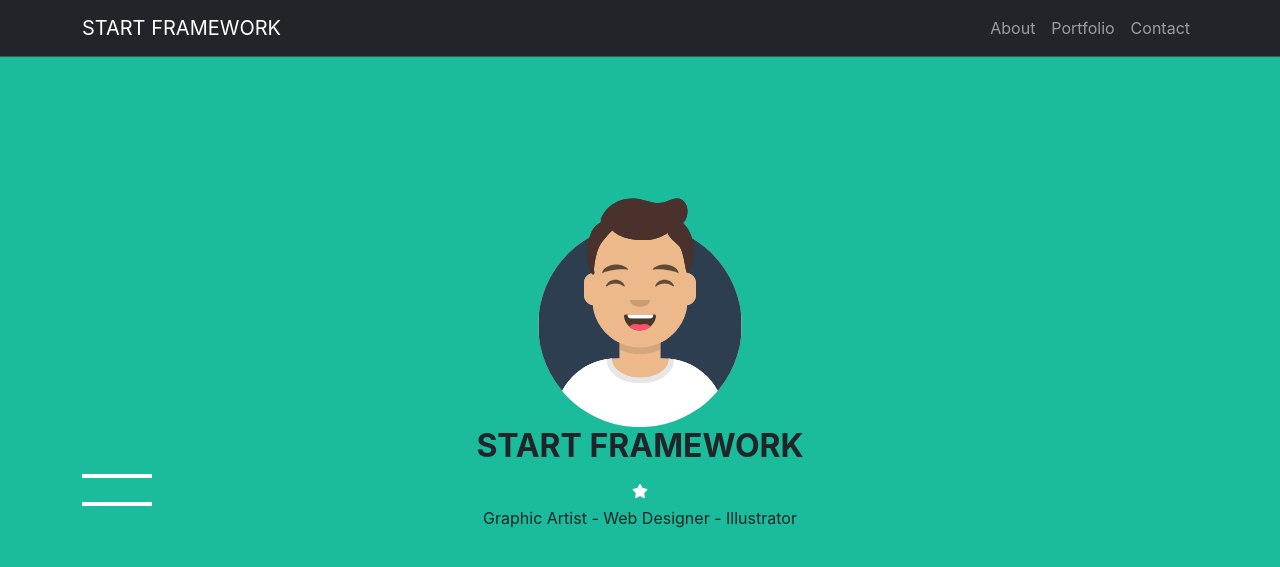
Repository: YomnaWegdan/startFramework
Page: /
These files come from the project's save history. The page is drawn as it stood at one moment and after the next save; the edit follows.
The browser window is 1280 px wide. The pictures show the whole page.
The project was rebuilt for these pictures with package versions that can differ from the ones it lists, and the page was loaded fresh each time. Also part of the build but not shown: src/Components/About.jsx, src/Components/Contact.jsx, src/Components/Error.jsx.

Above is the page before, as saved 2024-02-04 22:05:26.

After the next save:
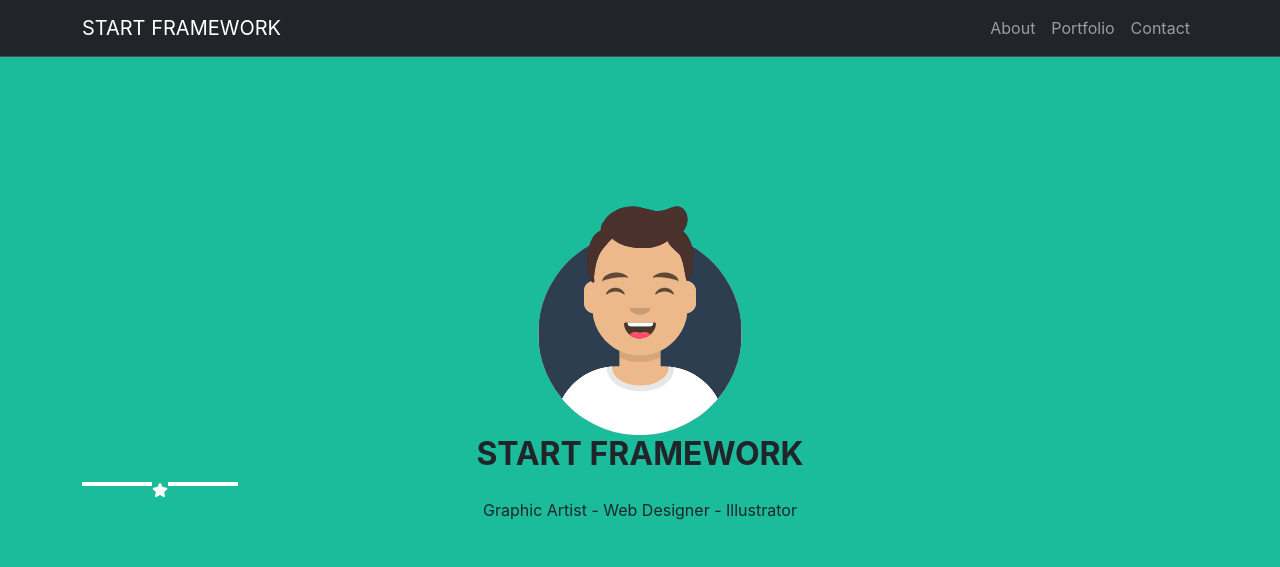
Saved 12 s later.
--- a/src/Components/Home.jsx
+++ b/src/Components/Home.jsx
@@ -11,7 +11,7 @@ export default function Home() {
                 <div className='col-md-12'>
                 <img src={img} className='w-20' alt='img'/>
                 <h2 className='fw-bold'>START FRAMEWORK</h2>
-                <div>
+                <div className='d-flex '>
                     <div className='line'></div>
                     <FaStar className='starIcon text-white'/>
                     <div className='line'></div>
